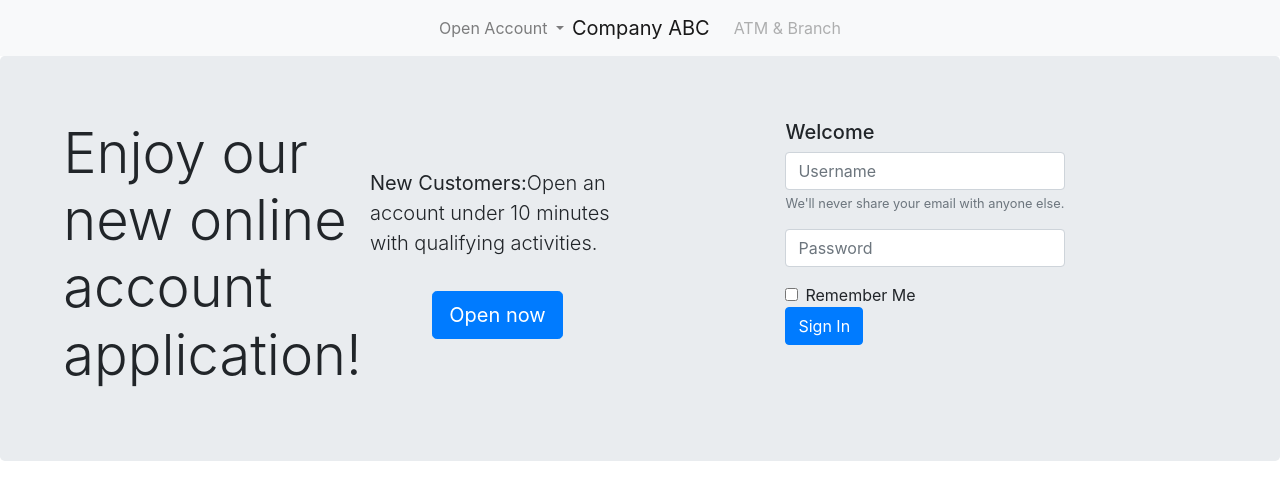
Repository: barriosan95/banking-opening-account-demo
Page: http://localhost/
The author's editor kept a record of every edit. The page is drawn from the files as they stood at one moment, then again after the next edit.
The browser window is 1280 px wide. The pictures show the whole page.
Some web fonts or font styles are not loaded; a fallback is used. Some web libraries are served in a nearby version. The page is served by the project's Node server (index.js).

Above is the page before.

### views/main.ejs
<% include ./partials/header %>

<div class="jumbotron">
    <div class = "container">
        <div class ="row">
            <div class ="col-md-3 d-flex flex-column align-items-center">
                <h4 class="display-4">Enjoy our new online account application!</h4>
            </div>
            <div class ="col-md-3 d-flex flex-column align-items-center">
                  <p class="lead mt-5"><b>New Customers:</b>Open an account under 10 minutes with qualifying activities.</p>
                    <hr class="my-2">
                    <p class="lead">
                        <a class="btn btn-primary btn-lg" href="#" role="button">Open now</a>
                    </p>
            </div>
            <div class ="col-md-6 d-flex flex-column align-items-center">
                <!--<div class ="container">-->
                    <form>
                      <div class="form-group">
                        <h5>Welcome</h5>
                        <input type="username" class="form-control" id="inputUsername" aria-describedby="usernameHelp" placeholder="Username">
                        <small id="emailHelp" class="form-text text-muted">We'll never share your email with anyone else.</small>
                      </div>
                      <div class="form-group">
                        <input type="password" class="form-control" id="exampleInputPassword1" placeholder="Password">
                      </div>
                      <div class="form-check">
                        <input type="checkbox" class="form-check-input" id="exampleCheck1">
                        <label class="form-check-label" for="exampleCheck1">Remember Me</label>
                      </div>
                      <button type="submit" class="btn btn-primary">Sign In</button>
                    </form>
                <!--</div>-->
            </div>
        </div>
    </div>
</div>


<% include ./partials/footer %>

### views/partials/header.ejs
<!DOCTYPE HTML!>
<html>

    <head>


        <!--CDN Bootstrap v4.1.3-->
        <link rel="stylesheet" href="https://stackpath.bootstrapcdn.com/bootstrap/4.1.3/css/bootstrap.min.css">
        <link rel="stylesheet" href="https://cdnjs.cloudflare.com/ajax/libs/font-awesome/4.7.0/css/font-awesome.min.css">

        <!--font -->
        <link href="https://fonts.googleapis.com/css?family=Muli:200,300,400,700,800" rel="stylesheet">

        <!--Will ensure proper responsivness on mobile devices-->
        <meta name="viewport" content="width=device-width, initial-scale=1, shrink-to-fit=no">

        <title> Banking OA Demo </title>

        <meta name="viewport" content="width=device-width, initial-scale=1, maximum-scale=1, user-scalable=no">

    </head>

    <body>

    <!--NAVBAR-->
        <nav class="navbar navbar-expand-lg navbar-light bg-light">
            <button class="navbar-toggler" type="button" data-toggle="collapse" data-target="#navbarNavDropdown" aria-controls="navbarNavDropdown" aria-expanded="false" aria-label="Toggle navigation">
                <span class="navbar-toggler-icon"></span>
            </button>

            <div class="collapse navbar-collapse" id="navbarNavDropdown">
                <ul class="navbar-nav mx-auto">
                    <li class="nav-item dropdown">
                        <a class="nav-link dropdown-toggle" href="#" id="navbarDropdown" role="button" data-toggle="dropdown">
                            Open Account
                        </a>
                        <div class="dropdown-menu" aria-labelledby="navbarDropdown">
                          <a class="dropdown-item" href="#">Checking Accounts</a>
                          <div class="dropdown-divider"></div>
                          <a class="dropdown-item" href="#">Savings Accounts </a>
                          <div class="dropdown-divider"></div>
                          <a class="dropdown-item" href="#">Money Market Accounts</a>
                          <div class="dropdown-divider"></div>
                          <a class="dropdown-item" href="#">CD and IRA's</a>

                        </div>
                    </li>
                    <a class="navbar-brand" href="/"> Company ABC </a>
                     <li class="nav-item">
                        <a class="nav-link disabled" href="#">ATM & Branch</a>
                     </li>
                </ul>
            </div>
        </nav>

### views/partials/footer.ejs

        <!--Bootstrap js scripts-->
        <script src="https://code.jquery.com/jquery-3.3.1.min.js" integrity="sha256-FgpCb/KJQlLNfOu91ta32o/NMZxltwRo8QtmkMRdAu8="crossorigin="anonymous"></script>
        <script src="https://cdnjs.cloudflare.com/ajax/libs/popper.js/1.12.9/umd/popper.min.js" integrity="sha384-ApNbgh9B+Y1QKtv3Rn7W3mgPxhU9K/ScQsAP7hUibX39j7fakFPskvXusvfa0b4Q" crossorigin="anonymous"></script>
        <script src="https://maxcdn.bootstrapcdn.com/bootstrap/4.0.0/js/bootstrap.min.js" integrity="sha384-JZR6Spejh4U02d8jOt6vLEHfe/JQGiRRSQQxSfFWpi1MquVdAyjUar5+76PVCmYl" crossorigin="anonymous"></script>
        <!--JS SCIPTs -->

        <script src="/js/forms.js"></script>
        <script src="https://cdn.jsdelivr.net/npm/jquerykeyframes@1.0.5/dist/jquery.keyframes.min.js"></script>

    </body>
</html>

### index.js
const express = require('express');


const mainRoutes = require('./routes/main');

//APP CONFIGURATIONS
var app = express();
    app.set('view engine','ejs');
    app.use(mainRoutes);





app.listen(process.env.PORT,process.env.IP,function(){
    console.log('Server established.');
});

### routes/main.js
const express = require('express');

const router = express.Router();

router.get("/", function(req,res){
    res.render('main');
});


module.exports = router;

Loaded but not shown: public/js/forms.js (no copy from this time; the picture is the same without it)

After the next edit:
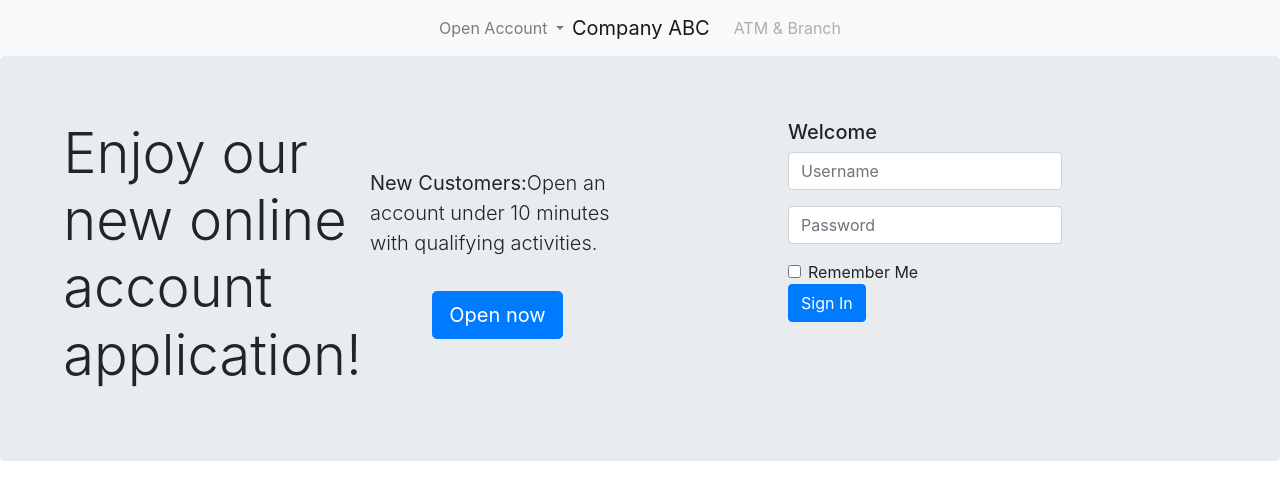
The edit:
--- a/views/main.ejs
+++ b/views/main.ejs
@@ -19,7 +19,6 @@
                       <div class="form-group">
                         <h5>Welcome</h5>
                         <input type="username" class="form-control" id="inputUsername" aria-describedby="usernameHelp" placeholder="Username">
-                        <small id="emailHelp" class="form-text text-muted">We'll never share your email with anyone else.</small>
                       </div>
                       <div class="form-group">
                         <input type="password" class="form-control" id="exampleInputPassword1" placeholder="Password">
